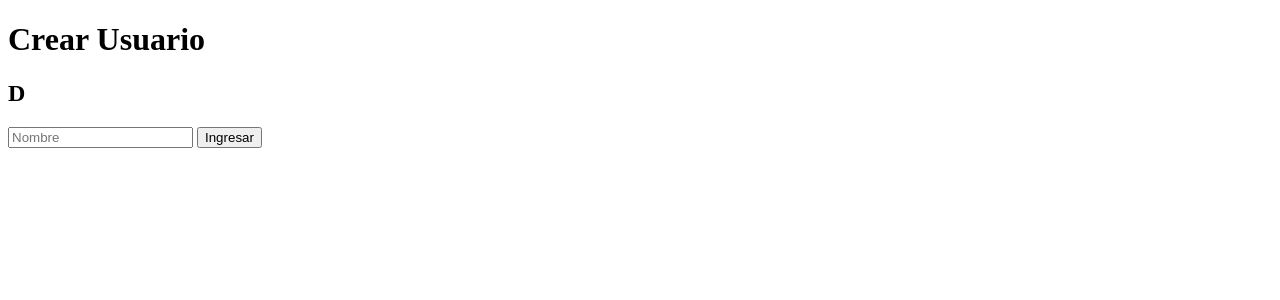
Repository: DA5CH25/kohaku_php
Page: http://localhost/kohaku_php/views/modules/ingresar.php
These files come from the project's save history. The page is drawn as it stood at one moment and after the next save; the edit follows.
The browser window is 1280 px wide. The pictures show the whole page.
The page is run by PHP 8.4 with error messages shown; the project is at /var/www/html/.

Above is the page before, as saved 2021-04-26 14:41:59.

After the next save:
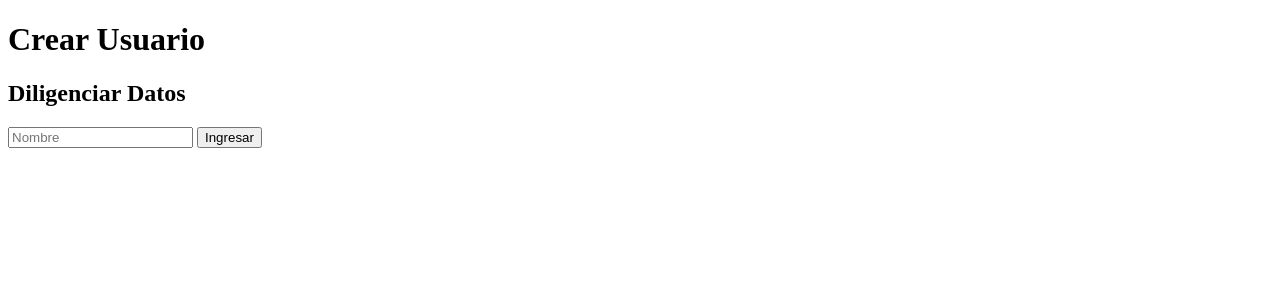
Saved 4 s later.
--- a/views/modules/ingresar.php
+++ b/views/modules/ingresar.php
@@ -7,7 +7,7 @@
 <body>
 	<header>
 		<h1>Crear Usuario</h1>
-		<h2>D</h2>
+		<h2>Diligenciar Datos</h2>
 	</header>
 
 	<form action="../controllers/Roles.controlador.php?a=ingr" method="POST">
